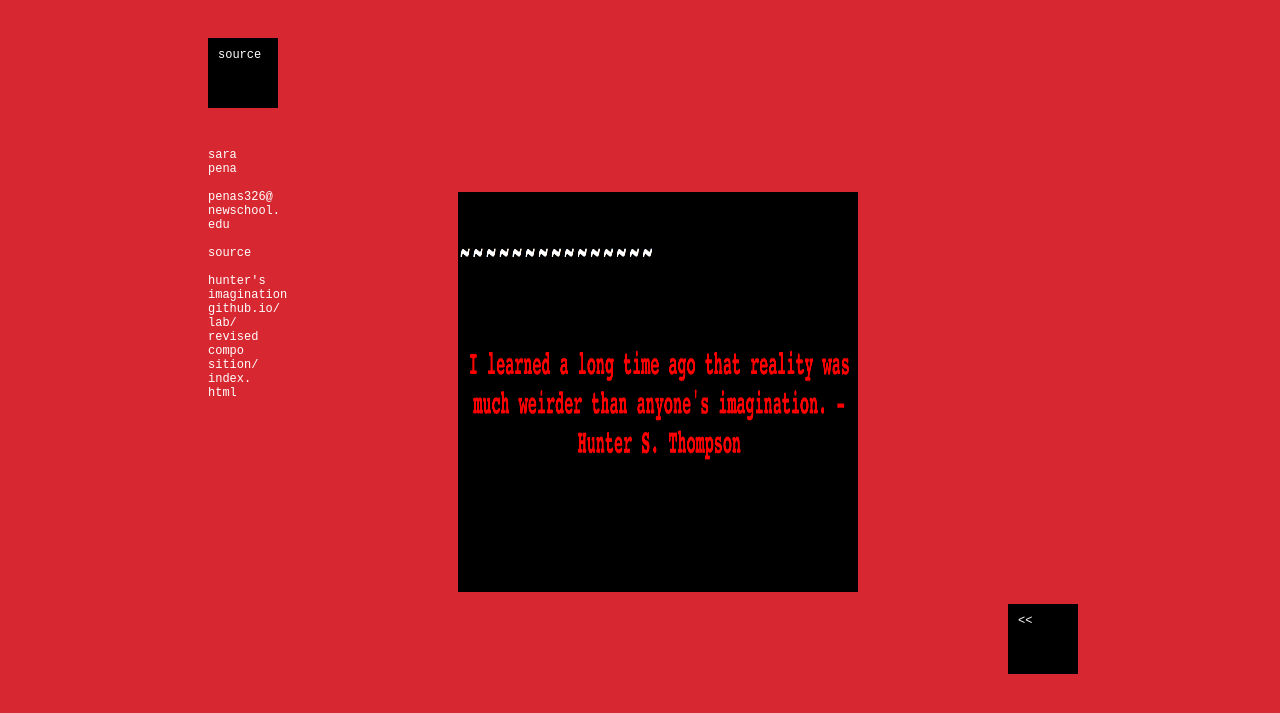
Repository: raghu225/raghu225.github.io
Page: archive/n_sara.html
The author's editor kept a record of every edit. The page is drawn from the files as they stood at one moment, then again after the next edit.
The browser window is 1280 px wide. The pictures show the whole page.

Above is the page before.

After the next edit:
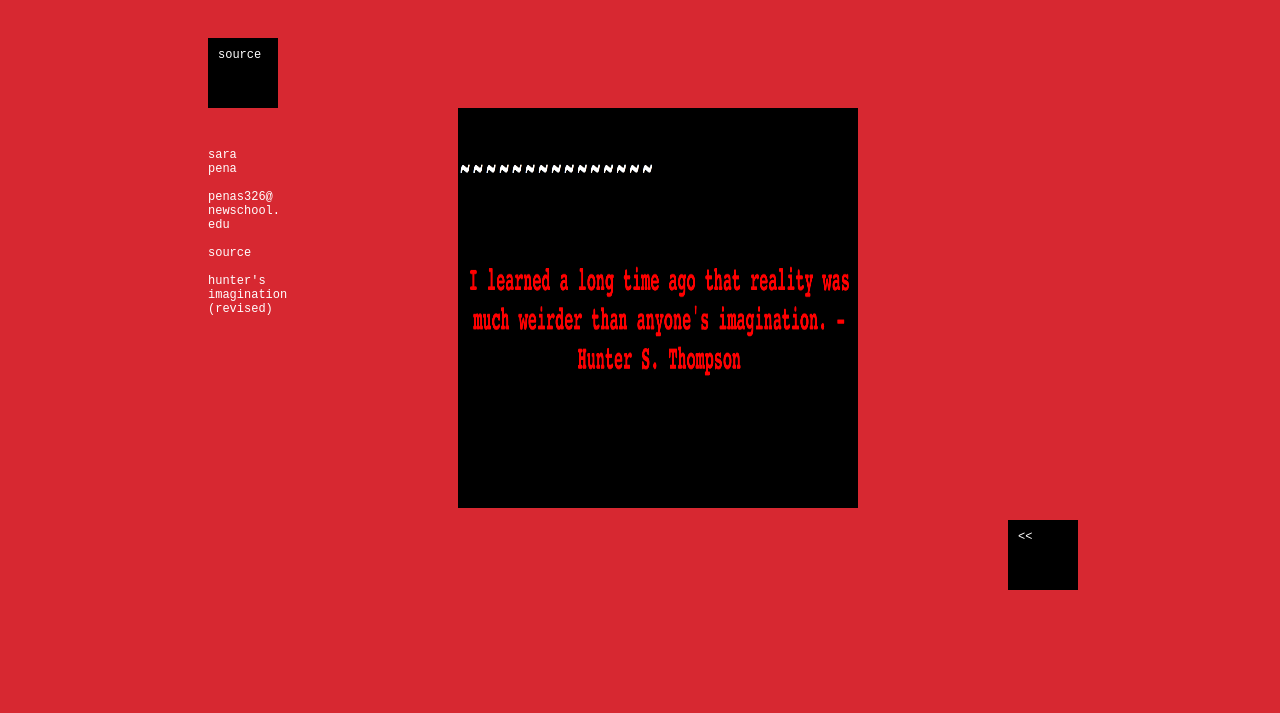
The edit:
--- a/archive/n_sara.html
+++ b/archive/n_sara.html
@@ -30,19 +30,7 @@
             <br>
             imagination
             <br>
-            github.io/
-            <br>
-            lab/
-            <br>
-            revised
-            <br>
-            compo
-            <br>
-            sition/
-            <br>
-            index.
-            <br>
-            html
+            (revised)
         </p>
 
         <!--<div class="static-wrapper">-->
